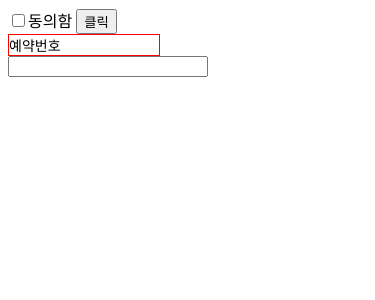
Repository: mekeyace/portfolio
Page: http://localhost/web/check.jsp
An editor plug-in stored every save of this project. The page is shown before and after the next save, followed by the edit.
The browser window is 375 px wide. The pictures show the whole page.
The page is served by Tomcat 9. Other server files are loaded and not shown.

Above is the page before, as saved 2023-06-22 02:38:51.

### maven/web/src/main/webapp/check.jsp
<%@ page language="java" contentType="text/html; charset=UTF-8"
    pageEncoding="UTF-8"%>
<!DOCTYPE html>
<html>
<head>
<meta charset="UTF-8">
<meta name="viewport" content="width=device-width, initial-scale=1" />
<title>Insert title here</title>
<style>
.ins {
min-width:200px;
box-sizing: border-box;
}

@media screen and (min-width:341px) and (max-width:560px){
.ins {
max-width:450px;
}
}

</style>
</head>
<body>
<!-- 체크박스1 : 체크시 : Y 미체크시 : N -->
<form id="frm" method="post" action="./checkok.do">
<input type="hidden" name="cks" value="N">
<input type="checkbox" id="agree">동의함
<input type="button" value="클릭" onclick="abc()">

<div style="font-size:14px; width:150px; border:1px solid red;">예약번호</div>
<input type="text" class="ins">
<br>
</form>
<!-- 체크박스2 : 체크시 : Y 미체크시 : null -->
</body>
<script>
function abc(){
	frm.submit();
}
</script>
</html>

After the next save:
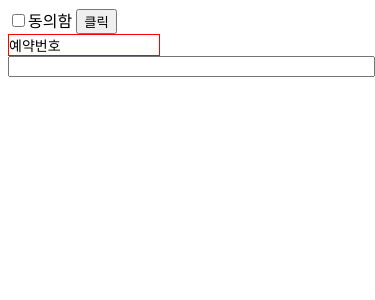
Saved 82 s later.
--- a/maven/web/src/main/webapp/check.jsp
+++ b/maven/web/src/main/webapp/check.jsp
@@ -7,13 +7,15 @@
 <meta name="viewport" content="width=device-width, initial-scale=1" />
 <title>Insert title here</title>
 <style>
+/*
 .ins {
 min-width:200px;
 box-sizing: border-box;
 }
-
-@media screen and (min-width:341px) and (max-width:560px){
+*/
+@media screen and (min-width:340px) and (max-width:560px){
 .ins {
+width:100%;
 max-width:450px;
 }
 }
